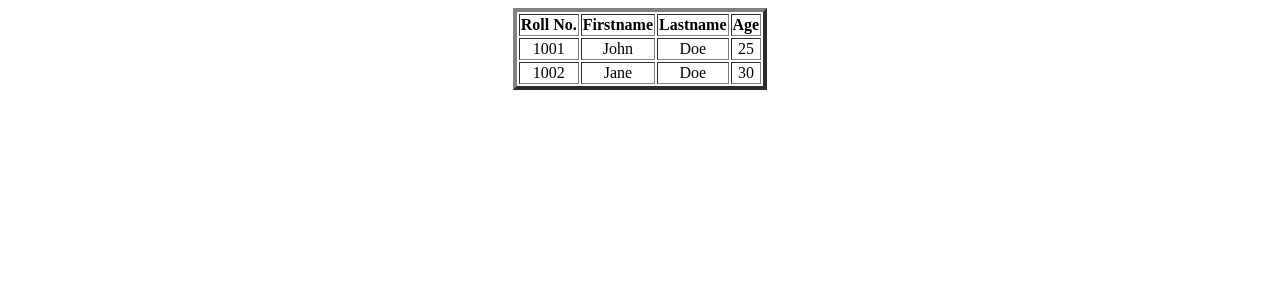
Repository: ankitgujre01/HTMLgeeks
Page: table.html
An editor plug-in stored every save of this project. The page is shown before and after a run of saves, followed by the edit.
The browser window is 1280 px wide. The pictures show the whole page.

Above is the page before, as saved 2025-09-03 23:19:51.

### table.html
<!DOCTYPE html>
<html>
    <head>
        <title>Table</title>
    </head>
    <body>
        <table border="4" align="center" width=>
            <th align='right'>Roll No.</th>
            <th>Firstname</th>
            <th>Lastname</th>
            <th>Age</th>
            <tr align="center">
                <td>1001</td>
                <td>John</td>
                <td>Doe</td>
                <td>25</td>
            </tr>
            <tr align="center">
                <td>1002</td>
                <td>Jane</td>
                <td>Doe</td>
                <td>30</td>
            </tr>
        </table>
    </body>
</html>

After the next 3 saves:
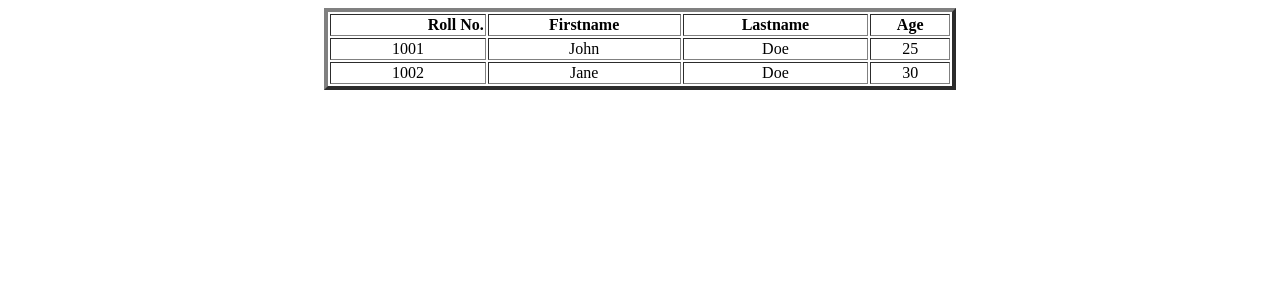
The 3 saves are shown as one change because they came seconds apart.
The last was saved 8 s later.
--- a/table.html
+++ b/table.html
@@ -4,7 +4,7 @@
         <title>Table</title>
     </head>
     <body>
-        <table border="4" align="center" width=>
+        <table border="4" align="center" width='50%'>
             <th align='right'>Roll No.</th>
             <th>Firstname</th>
             <th>Lastname</th>
